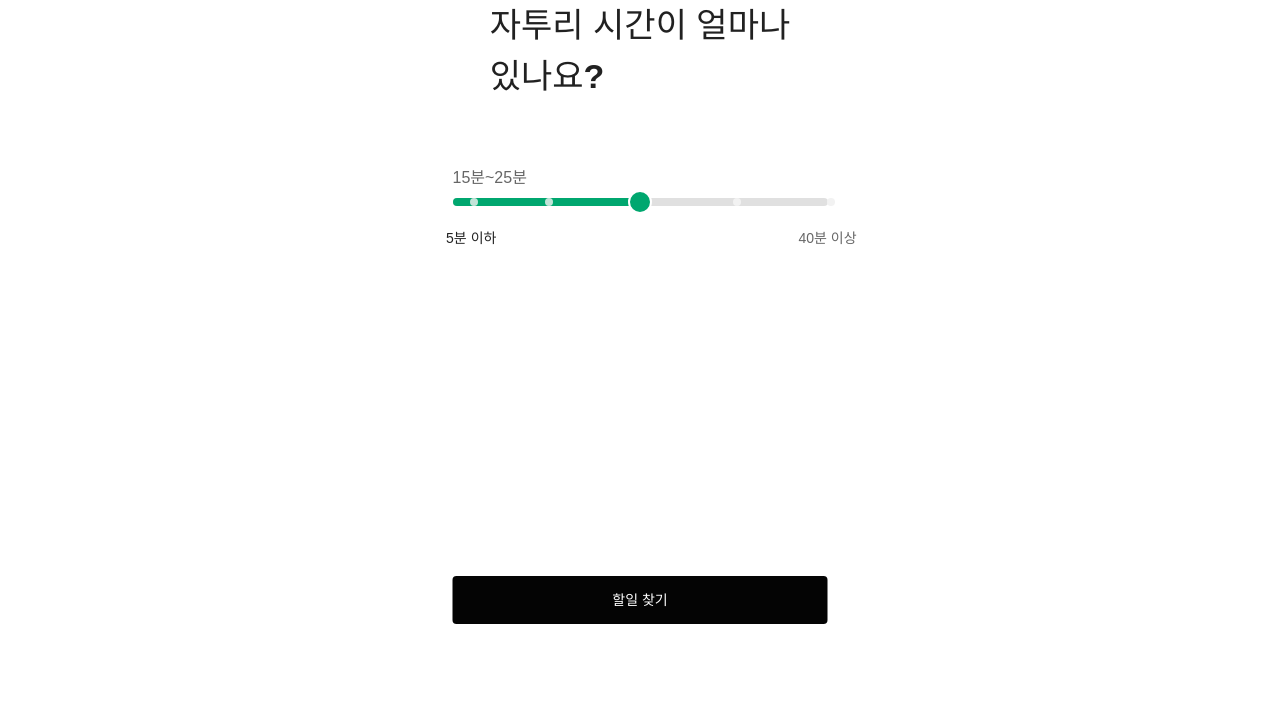
Repository: Tickley-Team/Tickley
Page: /survey
The author's editor kept a copy of each file at every save. The page is drawn from the files as they stood at one save, then again after the next save.
The browser window is 1280 px wide. The pictures show the whole page.
The project was rebuilt for these pictures with package versions that can differ from the ones it lists, and the page was loaded fresh each time. Also part of the build but not shown: vite.config.ts, src/components/BottomNavbar.css, src/components/BottomNavbar.tsx, src/hooks/useLocalStorage.ts, src/stores/timeLeftStore.ts, src/utils.ts, src/components/BasicDialog.tsx, src/pages/Todos.tsx and 12 more.

Above is the page before, as saved 2024-12-09 17:03:52.

After the next save:
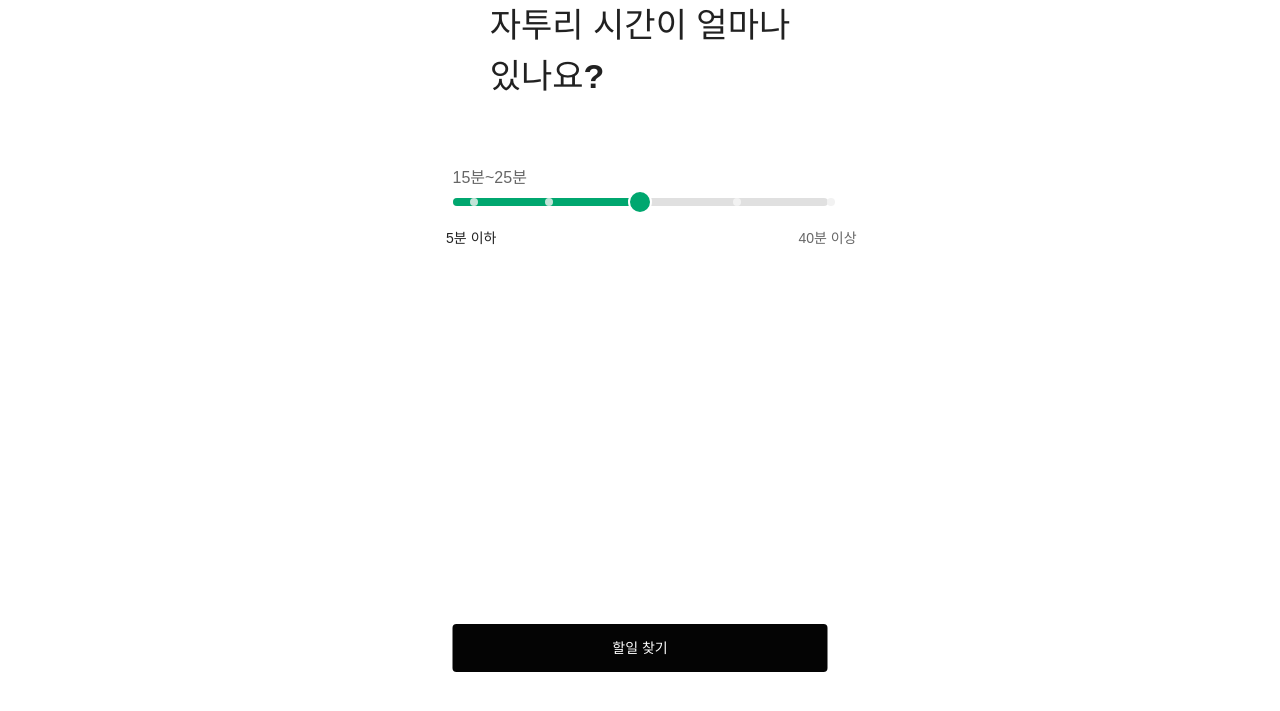
Saved 4 min 23 s later.
--- a/src/pages/SurveySpareTime/index.tsx
+++ b/src/pages/SurveySpareTime/index.tsx
@@ -23,12 +23,7 @@ const SurveySpareTime = () => {
         {`자투리 시간이 얼마나\n있나요?`}
       </Typography>
       <RangeSlider />
-      <CTAButton
-        sx={{ marginTop: 'auto', marginBottom: '48px' }}
-        onClick={handleClickButton}
-      >
-        할일 찾기{' '}
-      </CTAButton>
+      <CTAButton onClick={handleClickButton}>할일 찾기 </CTAButton>
     </MobileLayout>
   )
 }
